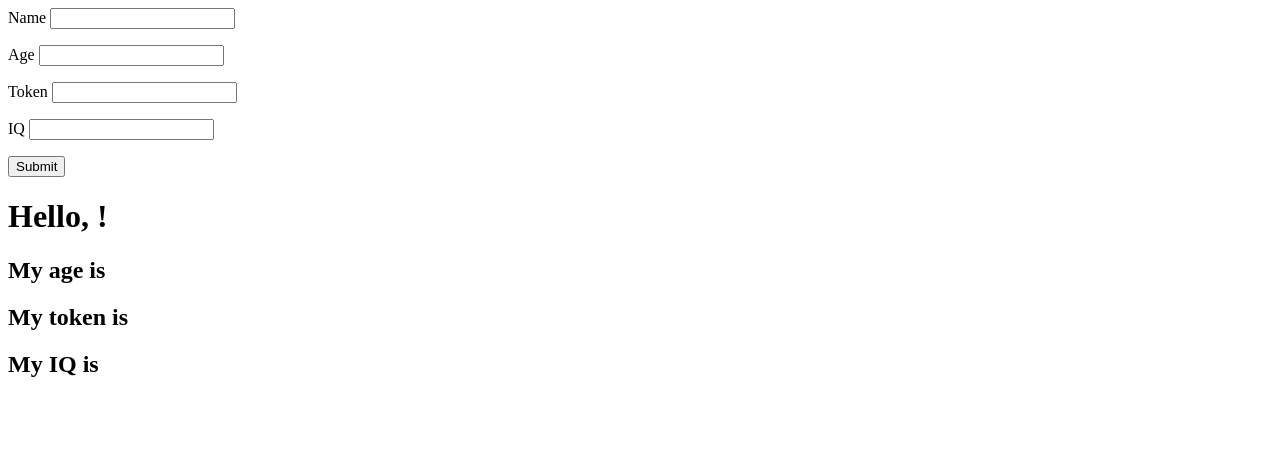
Repository: sax1johno/CIS-67_web_development_node
Page: http://localhost/
The author's editor kept a record of every edit. The page is drawn from the files as they stood at one moment, then again after the next edit.
The browser window is 1280 px wide. The pictures show the whole page.
The page is served by the project's Node server (Lecture 3.11/helloWorld/app2.js).

Above is the page before.

After the next edit:
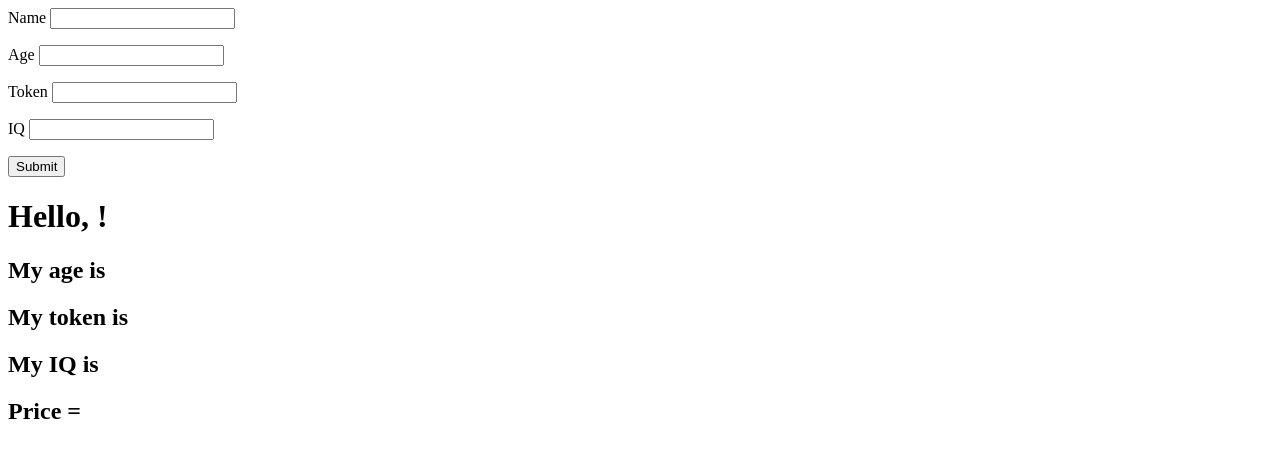
The edit:
--- a/Lecture 3.11/helloWorld/views/helloWorld.ejs
+++ b/Lecture 3.11/helloWorld/views/helloWorld.ejs
@@ -26,5 +26,6 @@
         <h2>My age is <%= myAge %></h2>
         <h2>My token is <%= myToken %></h2>
         <h2>My IQ is <%= myIq %></h2>
+        <h2>Price = <%= myPrice %></h2>
     </body>
 </html>
